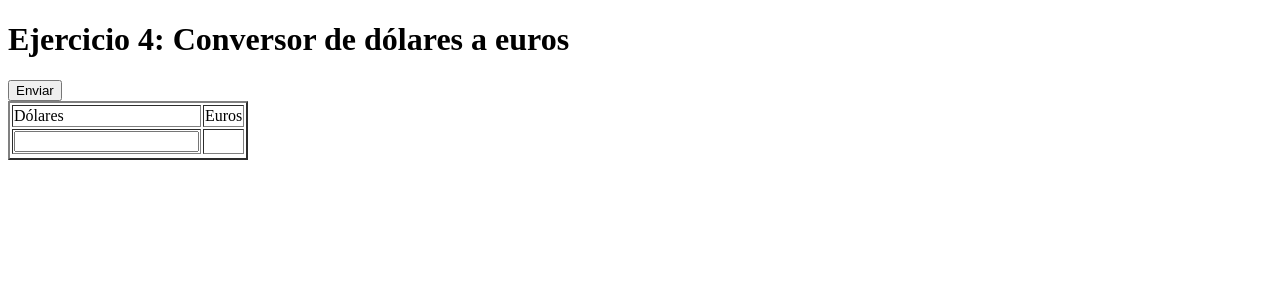
Repository: Ibizus/ejercicios_JSP
Page: http://localhost/ejercicios_Hector/ejercicio4/main.jsp
An editor plug-in stored every save of this project. The page is shown before and after the next save, followed by the edit.
The browser window is 1280 px wide. The pictures show the whole page.
The page is served by Tomcat 9.

Above is the page before, as saved 2023-11-11 21:26:42.

### ejercicios_Hector/src/main/webapp/ejercicio4/main.jsp
<%@ page language="java" contentType="text/html; charset=UTF-8"
    pageEncoding="UTF-8"%>
<!DOCTYPE html>
<html>
<head>
<meta charset="UTF-8">
<title>Ejercicio 4</title>
</head>
<body>

	<h1>Ejercicio 4: Conversor de dólares a euros</h1>


	<table border="2">
	<tr>
		<td>Dólares</td><td>Euros</td>
	</tr>

	<tr>
		<form method="post" action="conversor.jsp">
		<td><input type="text" name="nota1"></td>
		<td></td>
	</tr>

	<tr>
			<input type="submit" value="Enviar">
	</tr>
		</form>
	</table>


</body>
</html>

After the next save:
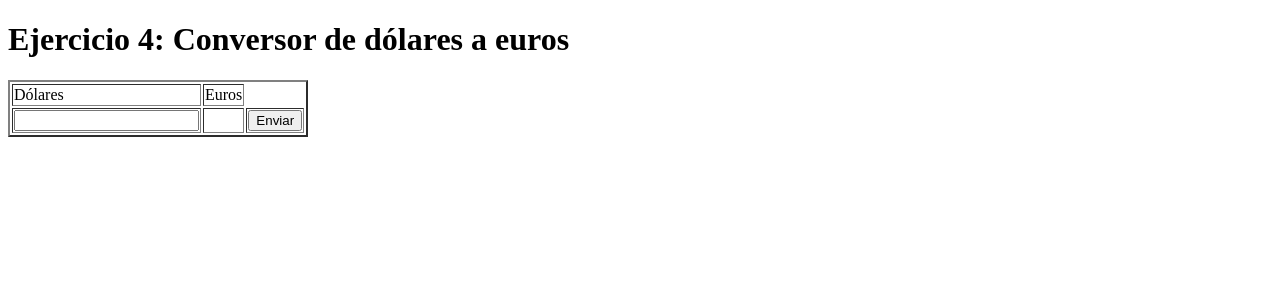
Saved 107 s later.
--- a/ejercicios_Hector/src/main/webapp/ejercicio4/main.jsp
+++ b/ejercicios_Hector/src/main/webapp/ejercicio4/main.jsp
@@ -20,11 +20,12 @@
 		<form method="post" action="conversor.jsp">
 		<td><input type="text" name="nota1"></td>
 		<td></td>
-	</tr>
 
-	<tr>
+
+	<td>
 			<input type="submit" value="Enviar">
-	</tr>
+	</td>
+		</tr>
 		</form>
 	</table>
 
